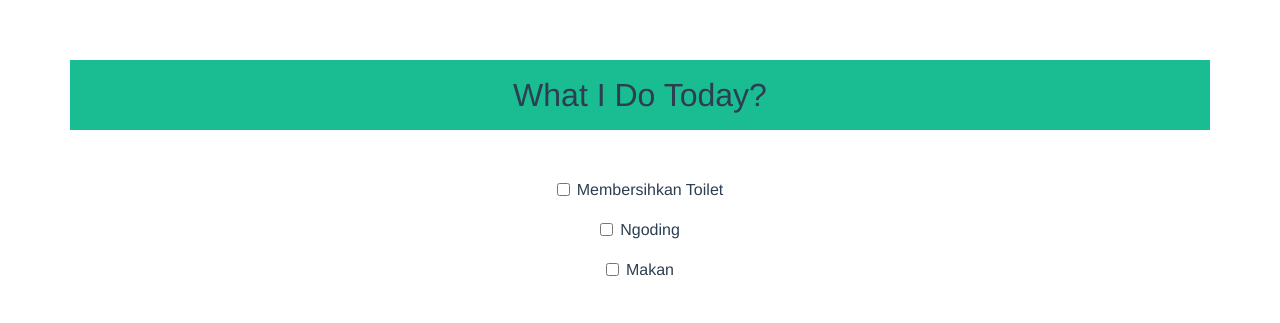
Repository: AdiPrimanto/praxis-academy
Page: / (app in novice/03-05/todolist/)
The author's editor kept a copy of each file at every save. The page is drawn from the files as they stood at one save, then again after the next save.
The browser window is 1280 px wide. The pictures show the whole page.
The project was rebuilt for these pictures with package versions that can differ from the ones it lists, and the page was loaded fresh each time.

Above is the page before, as saved 2019-11-29 14:49:03.

### novice/03-05/todolist/src/App.vue
<template>
  <div id="app">
    <div class="container">
      <div class="row header mb-5 p-3">
        <div class="col-12">
          <h2>What I Do Today? </h2>
        </div>
      </div>
      <div class="row content">
        <div class="col-12">
          <div class="pekerjaan-rumah">
            <div class="row">
              <div v-for="tugasSaya in tugas" v-bind:key="tugasSaya.id" class="mb-3 tugas col-lg-12">
                <div class="form-check">
                  <input class="form-check-input" type="checkbox" value="" id="defaultCheck1">
                  <label class="form-check-label item" for="defaultCheck1">
                    {{tugasSaya.nama}}
                  </label>
                </div>
              </div>
            </div>
          </div>
        </div>
      </div>
    </div>


  </div>
</template>

<script>
  import 'bootstrap/dist/css/bootstrap.css'

  export default {
    name: 'app',
    //membuat data json
    //v-for dilakukan jk memiliki array di dalam data:
    data: function () {
      return {
        tugas: [{
            id: 1,
            nama: 'Membersihkan Toilet',
            isDone: false
          },
          {
            id: 2,
            nama: 'Ngoding',
            isDone: false
          },
          {
            id: 3,
            nama: 'Makan',
            isDone: false
          }
        ]
      };
    },
    components: {

    }
  }
</script>

<style>
  #app {
    font-family: 'Avenir', Helvetica, Arial, sans-serif;
    -webkit-font-smoothing: antialiased;
    -moz-osx-font-smoothing: grayscale;
    text-align: center;
    color: #2c3e50;
    margin-top: 60px;
  }

  .header {
    background: #1abc91;
  }

  .header h2 {
    margin: 0;
  }
  .tugas .item{
    font-size:
  }
</style>

Loaded but not shown: novice/03-05/todolist/public/index.html (common file); novice/03-05/todolist/src/main.js (common file)

After the next save:
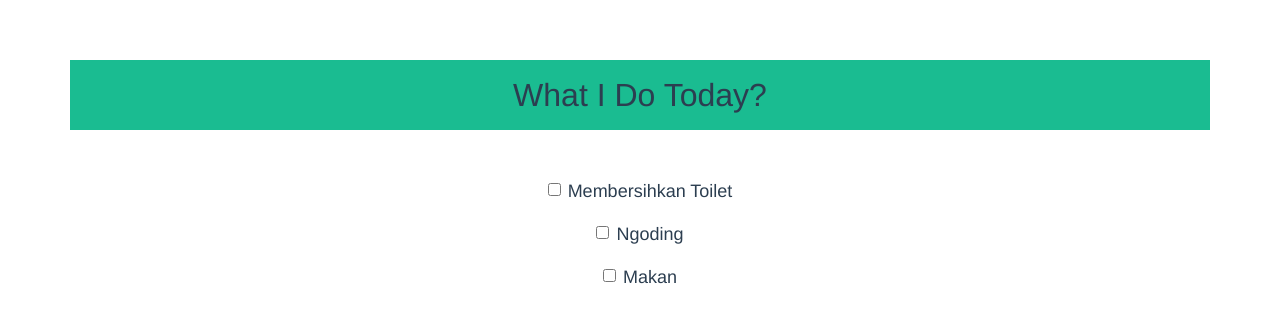
Saved 4 s later.
--- a/novice/03-05/todolist/src/App.vue
+++ b/novice/03-05/todolist/src/App.vue
@@ -79,6 +79,6 @@
     margin: 0;
   }
   .tugas .item{
-    font-size:
+    font-size: 18px;
   }
 </style>
